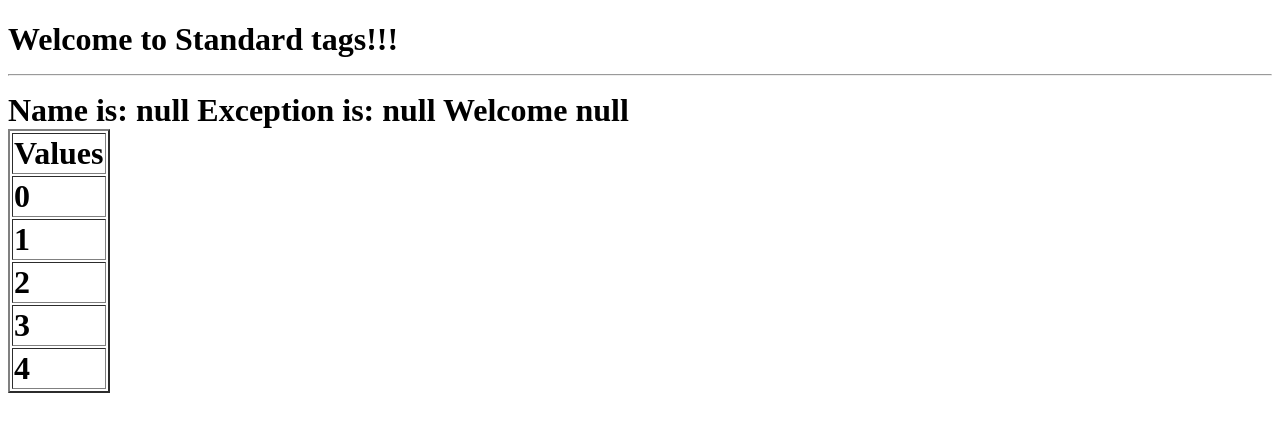
Repository: aditiee/CybageTraining
Page: http://localhost/shoppingcart/StandTags.jsp
The author's editor kept a copy of each file at every save. The page is drawn from the files as they stood at one save, then again after the next save.
The browser window is 1280 px wide. The pictures show the whole page.
The page is served by Tomcat 9.

Above is the page before, as saved 2019-02-08 07:18:04.

After the next save:
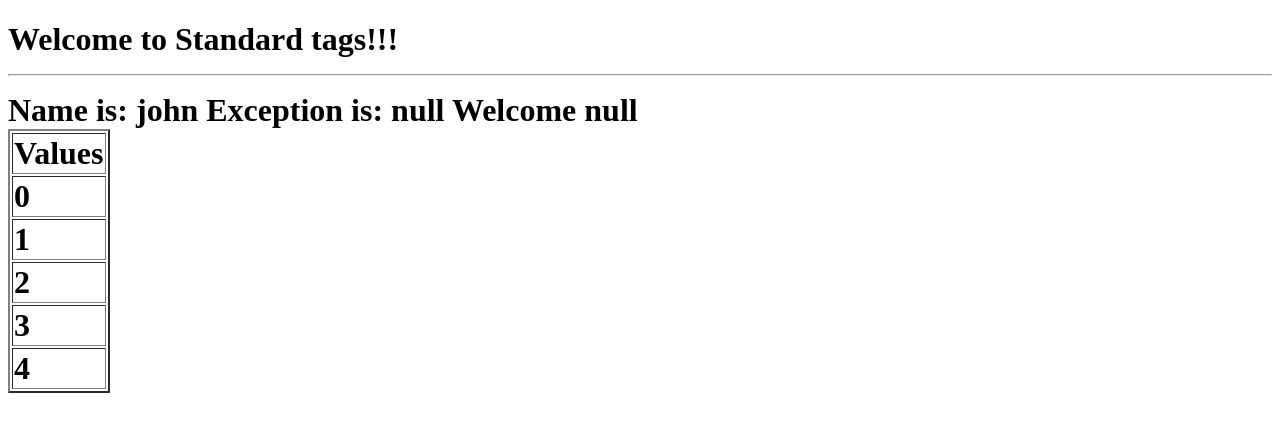
Saved 24 s later.
--- a/Advance Java/demos/shoppingcart/src/main/webapp/StandTags.jsp
+++ b/Advance Java/demos/shoppingcart/src/main/webapp/StandTags.jsp
@@ -9,7 +9,7 @@
 <body>
 <h1>Welcome to Standard tags!!!<br><hr>
 <jsp:include page="First.jsp">
-<jsp:param value="u" name="asfiya"/>
+<jsp:param value="john" name="u"/>
 </jsp:include>
 </body>
 </html>
